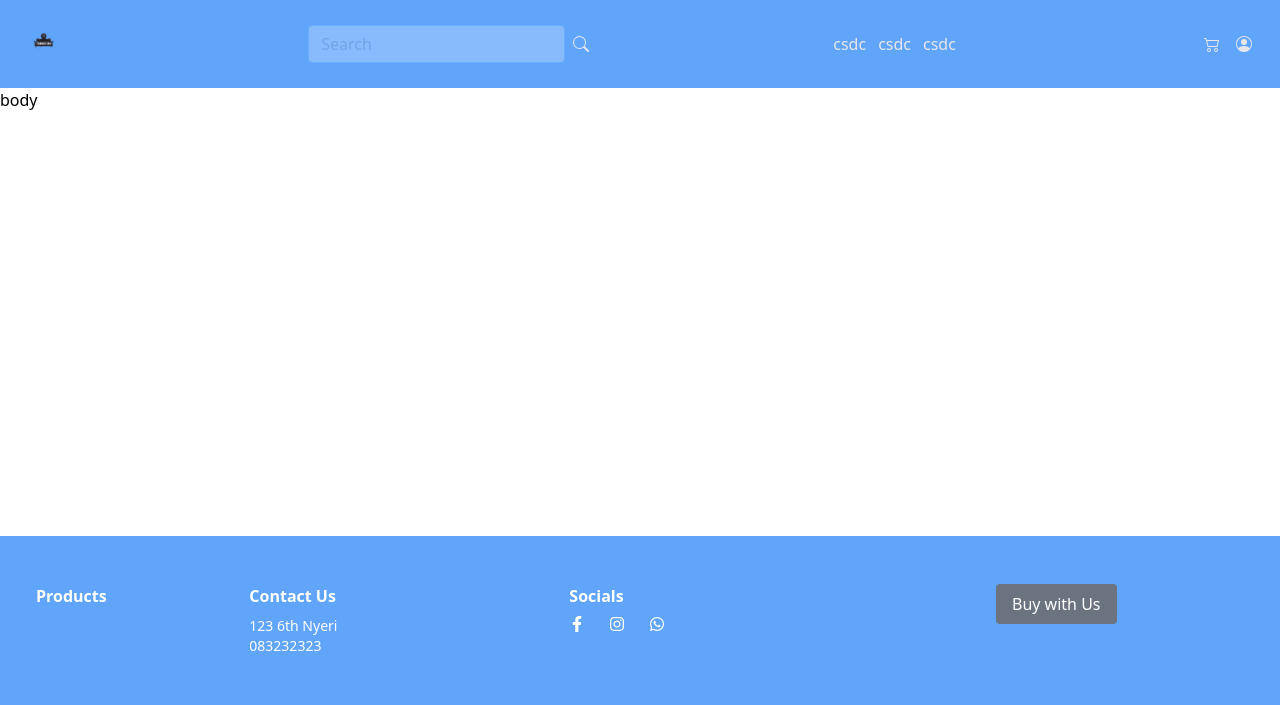
Repository: DevLaukey/Jitu-final
Page: / (app in frontend/)
An editor plug-in stored every save of this project. The page is shown before and after the next save, followed by the edit.
The browser window is 1280 px wide. The pictures show the whole page.
The project was rebuilt for these pictures with package versions that can differ from the ones it lists, and the page was loaded fresh each time.

Above is the page before, as saved 2022-07-13 14:35:13.

After the next save:
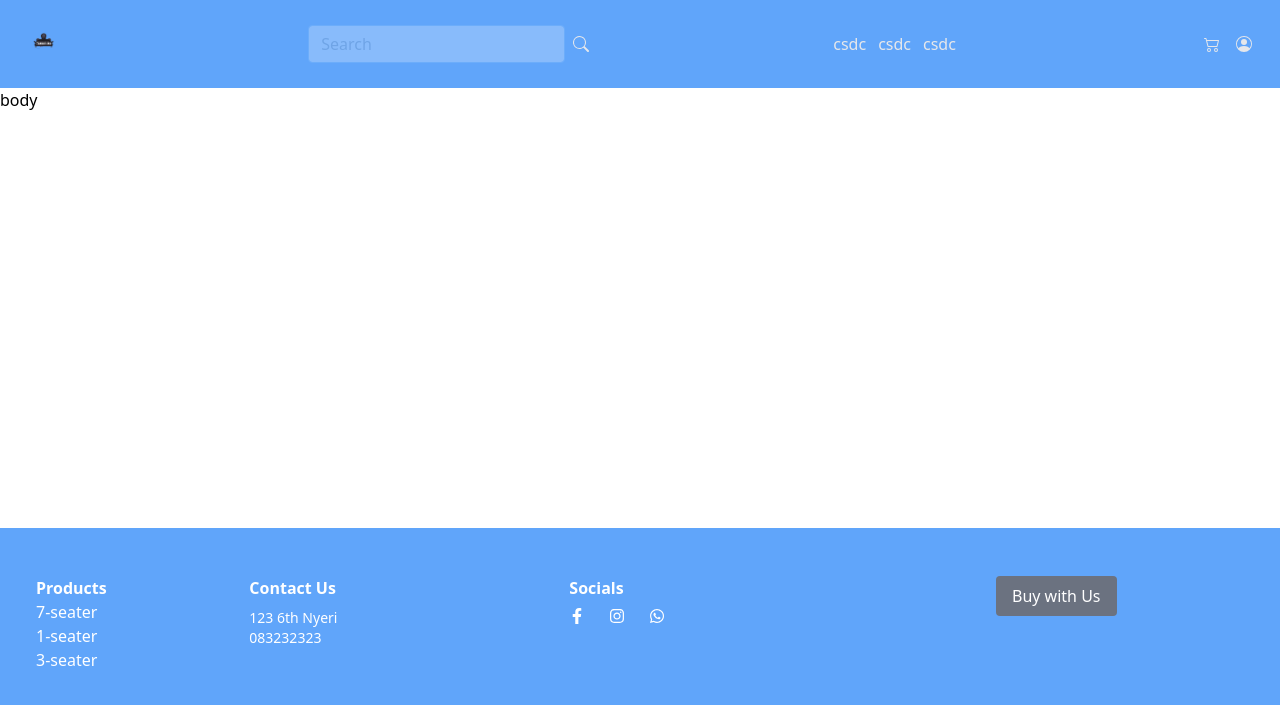
Saved 2 min 56 s later.
--- a/frontend/src/components/Footer.js
+++ b/frontend/src/components/Footer.js
@@ -4,32 +4,43 @@ import { FaFacebookF, FaInstagram, FaWhatsapp } from "react-icons/fa";
 function Footer() {
   return (
     <footer class="footer-1 fixed w-full bottom-0 text-white bg-blue-400 py-5 sm:py-12">
-        <div class="sm:flex w-full mx-5 justify-between ">
-          <div class="sm:w-full px-4 md:w-1/6">
-            <strong>Products</strong>
-          </div>
-          <div class="px-4 sm:w-1/2 md:w-1/4 mt-4 md:mt-0">
-            <h6 class="font-bold mb-2">Contact Us</h6>
-            <address class="not-italic mb-4 text-sm">
-              123 6th Nyeri
-              <br />
-              083232323
-            </address>
-          </div>
-          <div class="px-4 sm:w-1/2 md:w-1/4 mt-4 md:mt-0">
-            <h6 class="font-bold mb-2">Socials</h6>
-                      <ul className="flex space-x-6">
-                          <li><FaFacebookF /></li>
-                          <li><FaInstagram /></li>
-                          <li><FaWhatsapp /></li>
-            </ul>
-          </div>
-          <div class="px-4 md:w-1/4 md:ml-auto mt-6 sm:mt-4 md:mt-0">
-            <button class="px-4 py-2 bg-gray-500 hover:bg-gray-700 rounded text-white">
-              Buy with Us
-            </button>
-          </div>
+      <div class="sm:flex w-full mx-5 justify-between ">
+        <div class="sm:w-full px-4 md:w-1/6">
+          <strong>Products</strong>
+          <ul>
+            <li> 7-seater</li>
+            <li> 1-seater</li>
+            <li> 3-seater</li>
+          </ul>
         </div>
+        <div class="px-4 sm:w-1/2 md:w-1/4 mt-4 md:mt-0">
+          <h6 class="font-bold mb-2">Contact Us</h6>
+          <address class="not-italic mb-4 text-sm">
+            123 6th Nyeri
+            <br />
+            083232323
+          </address>
+        </div>
+        <div class="px-4 sm:w-1/2 md:w-1/4 mt-4 md:mt-0">
+          <h6 class="font-bold mb-2">Socials</h6>
+          <ul className="flex space-x-6">
+            <li>
+              <FaFacebookF />
+            </li>
+            <li>
+              <FaInstagram />
+            </li>
+            <li>
+              <FaWhatsapp />
+            </li>
+          </ul>
+        </div>
+        <div class="px-4 md:w-1/4 md:ml-auto mt-6 sm:mt-4 md:mt-0">
+          <button class="px-4 py-2 bg-gray-500 hover:bg-gray-700 rounded text-white">
+            Buy with Us
+          </button>
+        </div>
+      </div>
     </footer>
   );
 }
